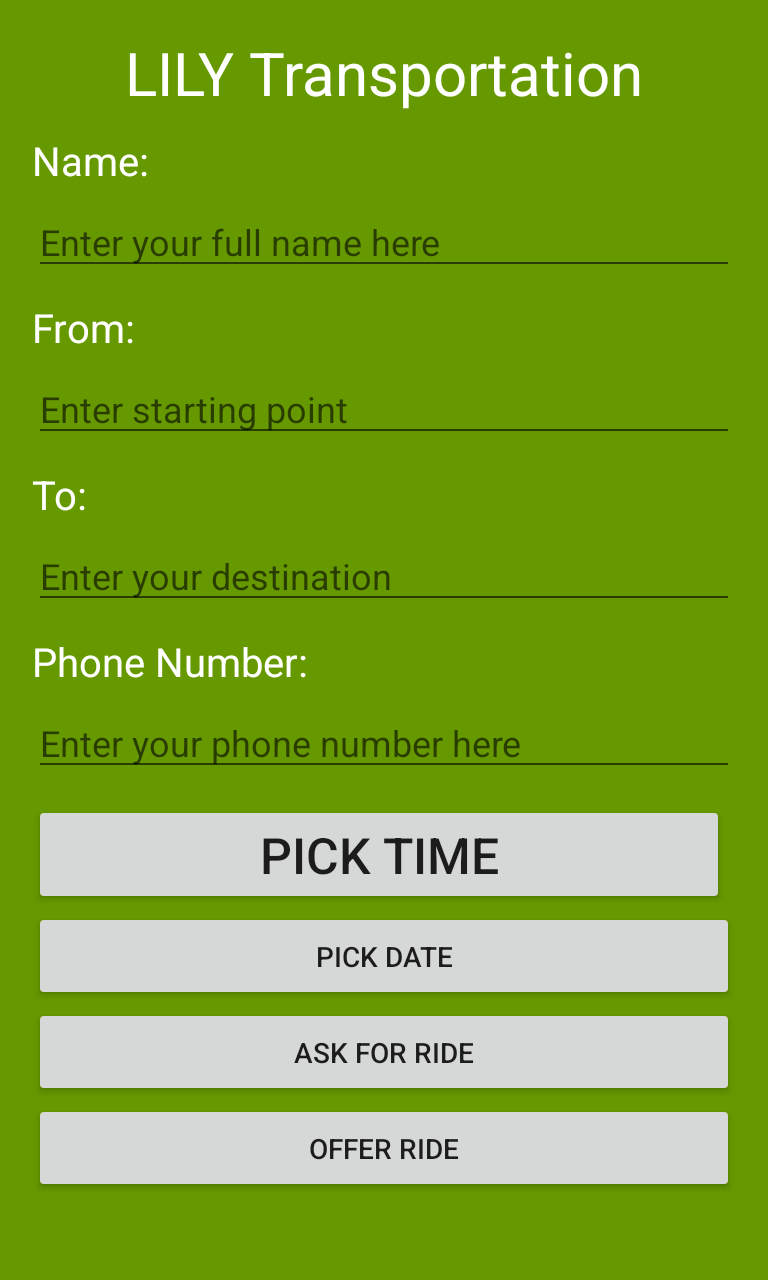
Repository: bwoldemi/LilyTrans
Layout: TransLily/res/layout/activity_main.xml
These files come from the project's save history. The layout is drawn as it stood at one moment and after the next save; the edit follows.
It is drawn on a 768 x 1280 px phone screen (xhdpi) without system bars, with theme AppTheme; the app's code is not run.

Above is the layout before, as saved 2014-09-20 11:26:40.

### TransLily/res/layout/activity_main.xml
<LinearLayout xmlns:android="http://schemas.android.com/apk/res/android"
    xmlns:tools="http://schemas.android.com/tools"
    android:layout_width="match_parent"
    android:layout_height="match_parent"
    android:background="#669900"
    android:orientation="vertical"
    android:paddingBottom="@dimen/activity_vertical_margin"
    android:paddingLeft="@dimen/activity_horizontal_margin"
    android:paddingRight="@dimen/activity_horizontal_margin"
    android:paddingTop="@dimen/activity_vertical_margin"
    android:scrollbars="vertical"
    tools:context="com.example.translily.MainActivity" >

    <TextView
        android:layout_width="fill_parent"
        android:layout_height="wrap_content"
        android:layout_marginBottom="10sp"
        android:gravity="center"
        android:text="@string/lily"
        android:textColor="#FFF"
        android:textSize="30sp" />

    <TextView
        android:layout_width="fill_parent"
        android:layout_height="wrap_content"
        android:layout_marginBottom="5sp"
        android:text="@string/senior_name"
        android:textColor="#FFF"
        android:textSize="20sp" />

    <EditText
        android:id="@+id/name"
        android:layout_width="fill_parent"
        android:layout_height="wrap_content"
        android:layout_marginBottom="10sp"
        android:hint="@string/typein_name"
        android:textColor="#FFF" />

    <TextView
        android:layout_width="fill_parent"
        android:layout_height="wrap_content"
        android:layout_marginBottom="5sp"
        android:text="@string/starting_point"
        android:textColor="#FFF"
        android:textSize="20sp" />

    <EditText
        android:id="@+id/from"
        android:layout_width="fill_parent"
        android:layout_height="wrap_content"
        android:layout_marginBottom="10sp"
        android:hint="@string/starting_location"
        android:textColor="#FFF" />

    <TextView
        android:layout_width="fill_parent"
        android:layout_height="wrap_content"
        android:layout_marginBottom="5sp"
        android:text="@string/destination_point"
        android:textColor="#FFF"
        android:textSize="20sp" />

    <EditText
        android:id="@+id/to"
        android:layout_width="fill_parent"
        android:layout_height="wrap_content"
        android:layout_marginBottom="10sp"
        android:hint="@string/ending_location"
        android:textColor="#FFF" />

    <TextView
        android:layout_width="fill_parent"
        android:layout_height="wrap_content"
        android:layout_marginBottom="5sp"
        android:text="@string/contact_info"
        android:textColor="#FFF"
        android:textSize="20sp" />

    <EditText
        android:id="@+id/phoneNumber"
        android:layout_width="fill_parent"
        android:layout_height="wrap_content"
        android:layout_marginBottom="10sp"
        android:hint="@string/phone_number"
        android:inputType="phone"
        android:textColor="#FFF" />

    <Button
        android:layout_width="fill_parent"
        android:layout_height="wrap_content"
        android:layout_marginRight="5sp"
        android:onClick="showTimePickerDialog"
        android:text="@string/pick_time"
        android:textSize="25sp" />

    <Button
        android:layout_width="fill_parent"
        android:layout_height="wrap_content"
        android:onClick="showDatePickerDialog"
        android:text="@string/pick_date" />

    <Button
        android:layout_width="fill_parent"
        android:layout_height="wrap_content"
        android:onClick="askForRide"
        android:text="@string/button_askride" />

    <Button
        android:layout_width="fill_parent"
        android:layout_height="wrap_content"
        android:onClick="offerRide"
        android:text="@string/button_offerride" />

</LinearLayout>

### TransLily/res/values/strings.xml
<?xml version="1.0" encoding="utf-8"?>
<resources>

    <string name="app_name">TransLily</string>
    <string name="hello_world">Hello world!</string>
    <string name="action_settings">Settings</string>
    <string name="lily">LILY Transportation </string>
     <string name="starting_point">From: </string>
    <string name="starting_location">Enter starting point</string>
    <string name="destination_point">To: </string>
    <string name="ending_location">Enter your destination</string>
    <string name="senior_name"> Name: </string>
    <string name="typein_name"> Enter your full name here</string>
    <string name="contact_info"> Phone Number: </string>
    <string name="phone_number"> Enter your phone number here</string>
    <string name="button_askride"> Ask for ride</string>
    <string name="button_offerride"> Offer ride</string>
    <string name="pick_time"> Pick time </string>
    <string name="pick_date"> Pick date </string>
    <string name="title_activity_ask_ride">AskRideActivity</string>

</resources>

Loaded but not shown: TransLily/res/values/styles.xml (common file); TransLily/res/values-v11/styles.xml (common file); TransLily/res/values-v14/styles.xml (common file); TransLily/res/values/dimens.xml (common file); TransLily/res/values-w820dp/dimens.xml (common file)

After the next save:
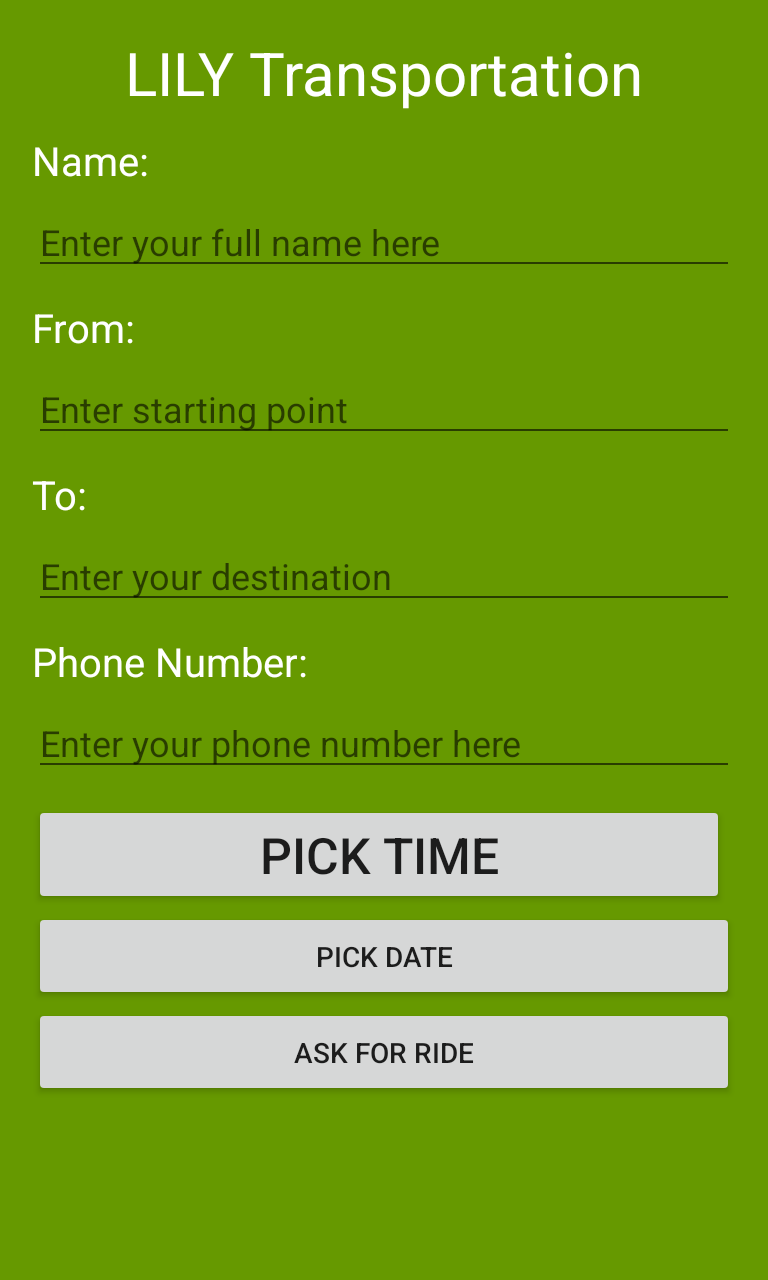
Saved 11 s later.
--- a/TransLily/res/layout/activity_main.xml
+++ b/TransLily/res/layout/activity_main.xml
@@ -105,10 +105,6 @@
         android:onClick="askForRide"
         android:text="@string/button_askride" />
 
-    <Button
-        android:layout_width="fill_parent"
-        android:layout_height="wrap_content"
-        android:onClick="offerRide"
-        android:text="@string/button_offerride" />
+
 
 </LinearLayout>
